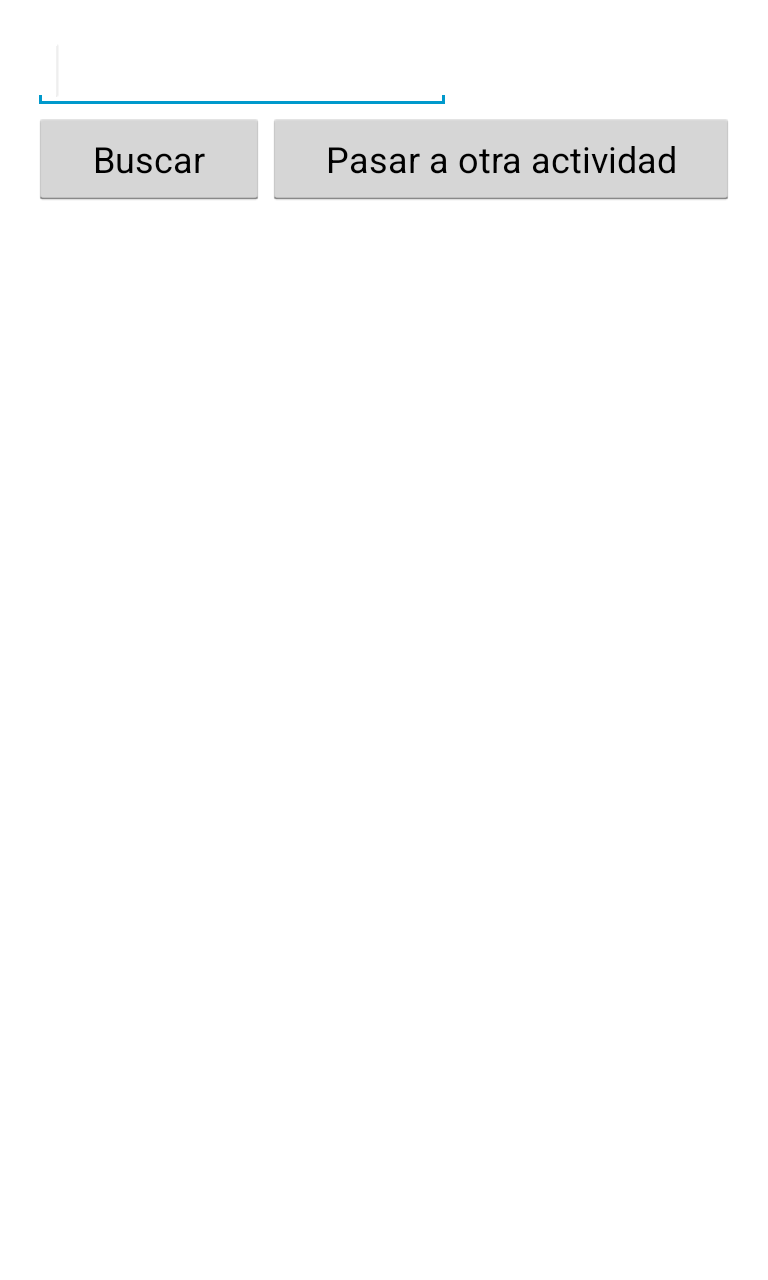
Repository: sstevenmr/SP-Galileo
Layout: Demo/res/layout/activity_main.xml
The author's editor kept a copy of each file at every save. The layout is drawn from the files as they stood at one save, then again after the next save.
It is drawn on a 768 x 1280 px phone screen (xhdpi) without system bars, with theme AppTheme; the app's code is not run.

Above is the layout before, as saved 2014-01-26 15:41:49.

### Demo/res/layout/activity_main.xml
<LinearLayout xmlns:android="http://schemas.android.com/apk/res/android"
    xmlns:tools="http://schemas.android.com/tools"
    android:layout_width="match_parent"
    android:layout_height="match_parent"
    android:paddingBottom="@dimen/activity_vertical_margin"
    android:paddingLeft="@dimen/activity_horizontal_margin"
    android:paddingRight="@dimen/activity_horizontal_margin"
    android:orientation="vertical"
    android:id="@+id/mainContent"
    android:paddingTop="@dimen/activity_vertical_margin"
    tools:context=".MainActivity" >

    <EditText
        android:id="@+id/editTextSearchQuery"
        android:layout_width="wrap_content"
        android:layout_height="wrap_content"
        android:inputType="text"
        android:ems="10" >

        <requestFocus />
    </EditText>


    <LinearLayout
        android:layout_width="match_parent"
        android:layout_height="wrap_content" >

        <Button
            android:id="@+id/btnSearch"
            android:layout_width="0dp"
            android:layout_height="wrap_content"
            android:layout_weight="1"
            android:text="@string/btn_Search" />

	    <Button
	        android:id="@+id/btnOpenActivity"
	        android:layout_weight="2"
	        android:layout_width="0dp"
	        android:layout_height="wrap_content"
	        android:text="@string/btn_open_activity" />
    </LinearLayout>
       <Button
	        android:id="@+id/btnList"
	        android:layout_width="match_content"
	        android:layout_height="wrap_content"
	        android:text="@string/btn_list"/>"
</LinearLayout>

### Demo/res/values/strings.xml
<?xml version="1.0" encoding="utf-8"?>
<resources>

    <string name="app_name">Ejemplo</string>
    <string name="action_settings">Settings</string>
    <string name="hello_world">Hello world!</string>
    <string name="btn_Search">Buscar</string>
    <string name="btn_open_activity">Pasar a otra actividad</string>
    <string name="title_activity_show_search_query">ShowSearchQueryActivity</string>
    <string name="btn_list">Lista</string>
    <string name="txt_checkbox">checkbox</string>
    <string name="txt_radio_0">opcion 1</string>
    <string name="txt_radio_1">Opcion 2</string>
    <string name="txt_radio_2">Opcion 3</string>

</resources>

Loaded but not shown: Demo/res/values/styles.xml (common file); Demo/res/values-v11/styles.xml (common file); Demo/res/values-v14/styles.xml (common file); Demo/res/values/dimens.xml (common file)

After the next save:
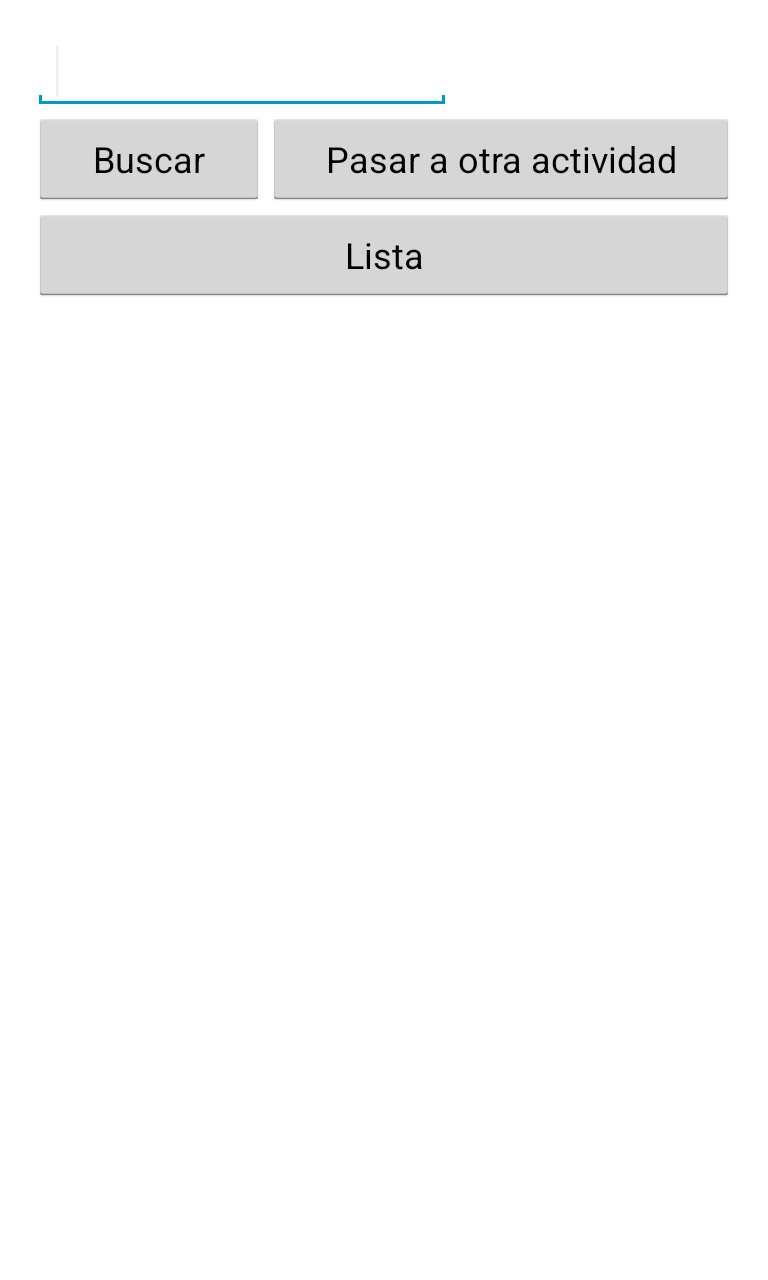
Saved 11 s later.
--- a/Demo/res/layout/activity_main.xml
+++ b/Demo/res/layout/activity_main.xml
@@ -41,7 +41,7 @@
     </LinearLayout>
        <Button
 	        android:id="@+id/btnList"
-	        android:layout_width="match_content"
+	        android:layout_width="match_parent"
 	        android:layout_height="wrap_content"
 	        android:text="@string/btn_list"/>"
 </LinearLayout>
